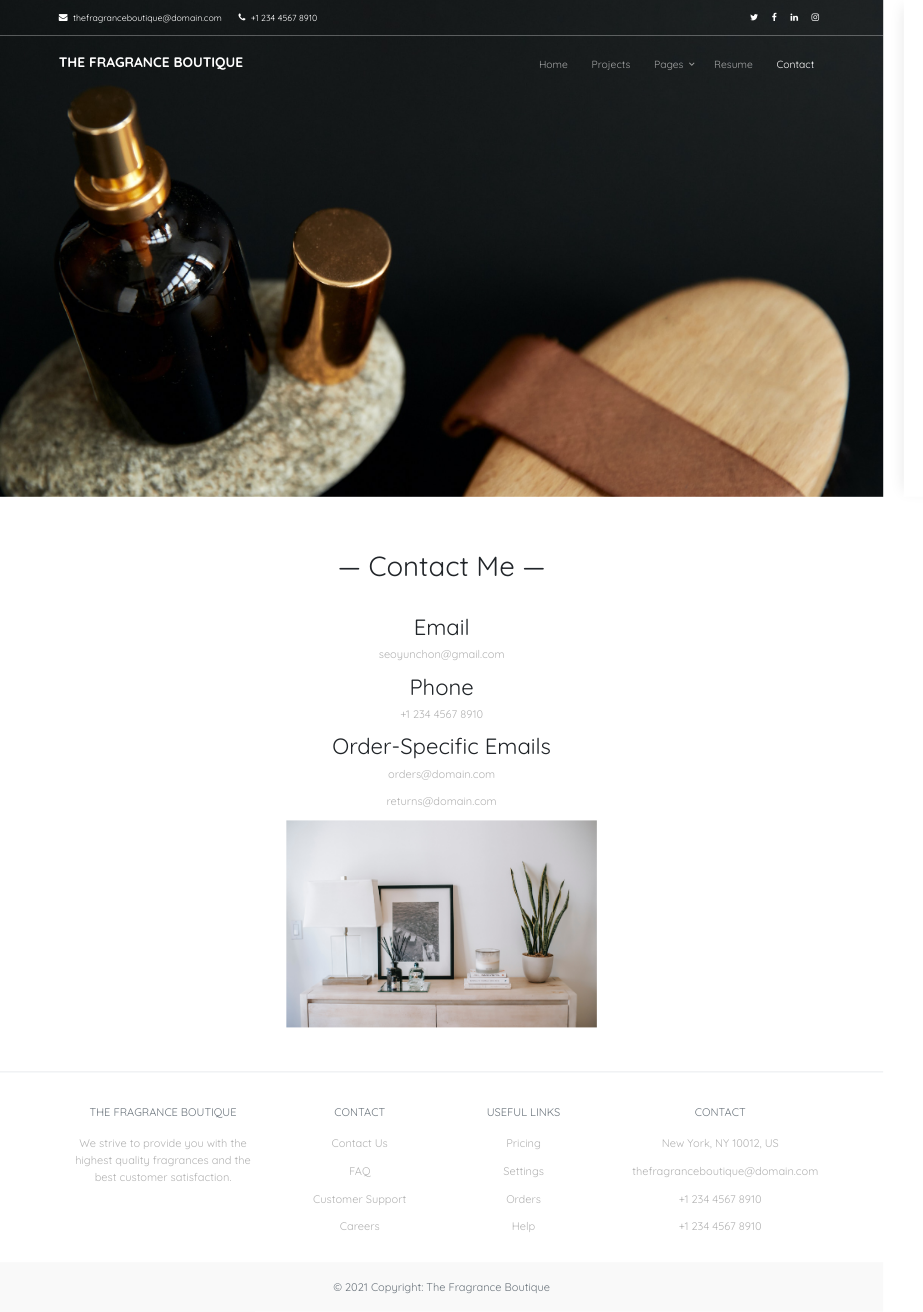
Repository: schon02/seoyun-chon-portfolio
Page: contact_page.html
The author's editor kept a copy of each file at every save. The page is drawn from the files as they stood at one save, then again after the next save.
The browser window is 1280 px wide. The page is 1338 px wide, so the pictures cover 1338 px, including what lies to the right of the window. The pictures show the whole page, at 69% of full size.

Above is the page before, as saved 2024-12-18 03:03:05.

After the next save:
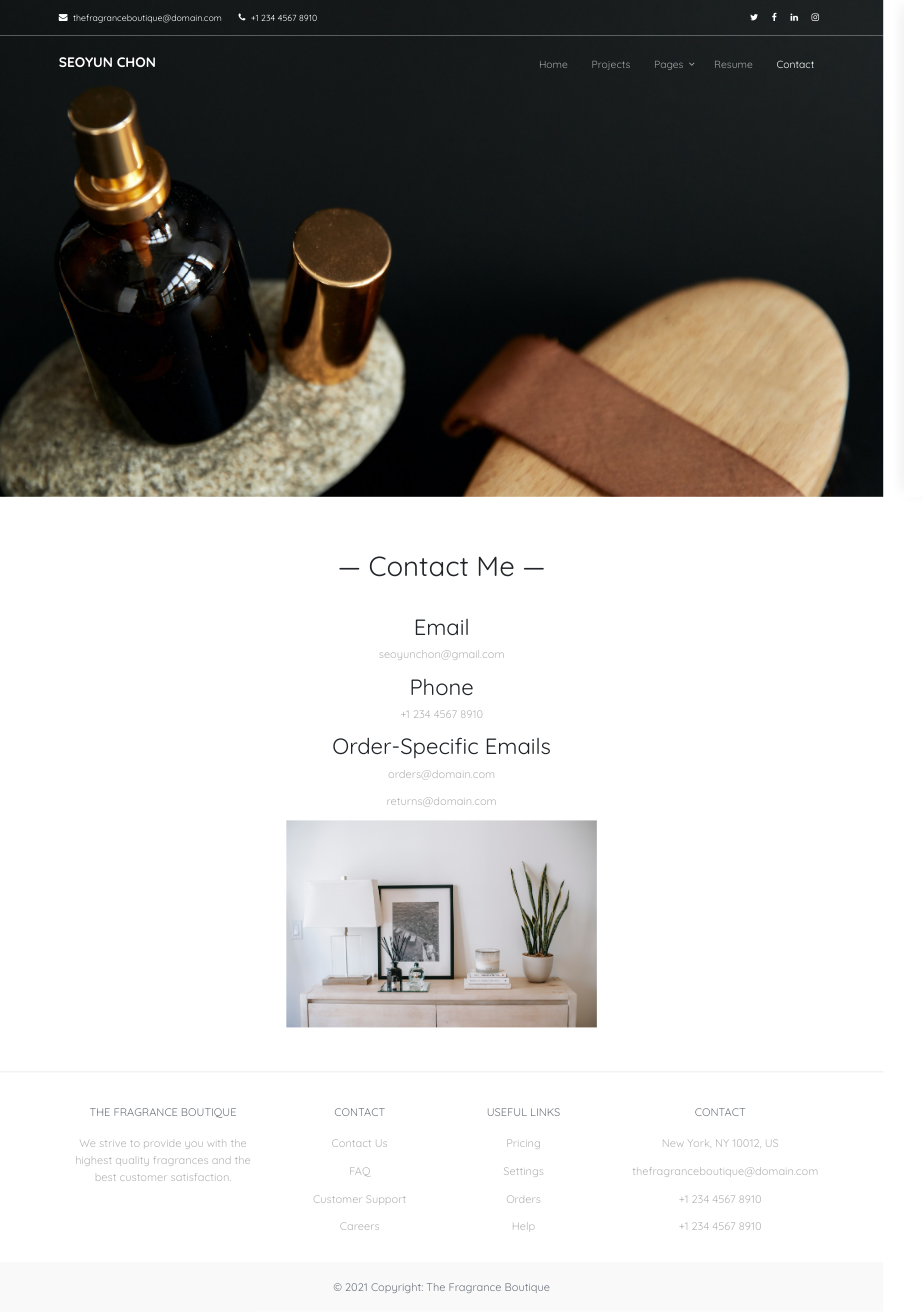
Saved 2 min 20 s later.
--- a/contact_page.html
+++ b/contact_page.html
@@ -75,7 +75,7 @@
               <div class="container">
                 <div class="row align-items-center">
                   <div class="col-2">
-                    <h1 class="my-0 site-logo"><a href="index.html">The&nbsp;Fragrance&nbsp;Boutique</a></h1>
+                    <h1 class="my-0 site-logo"><a href="index.html">Seoyun&nbsp;Chon</a></h1>
                   </div>
                   <div class="col-10">
                     <nav class="site-navigation text-right" role="navigation">
